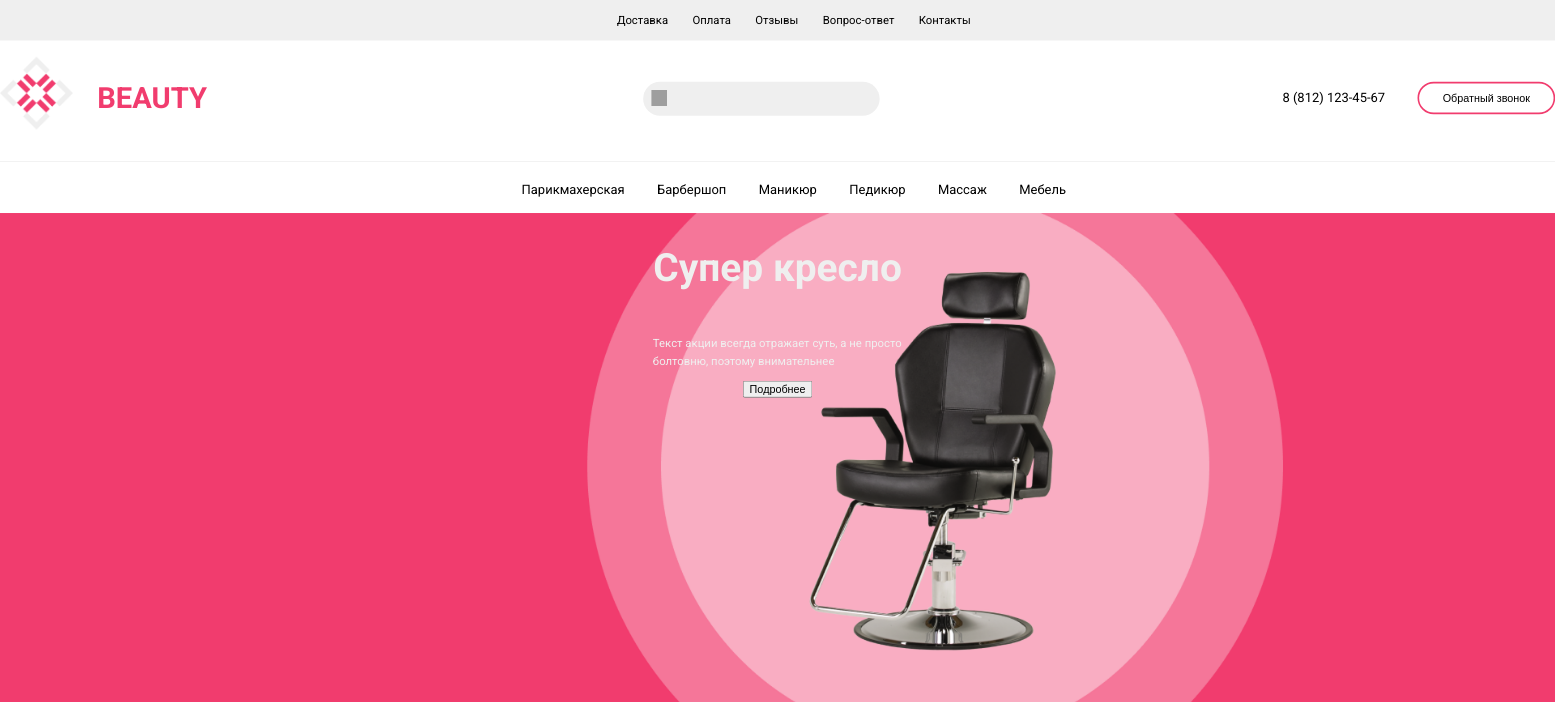
Repository: savannaaaas/verstka
Page: index.html
These files come from the project's save history. The page is drawn as it stood at one moment and after a run of saves; the edit follows.
The browser window is 1280 px wide. The page is 1920 px wide, so the pictures cover 1920 px, including what lies to the right of the window. The pictures show the whole page, at 81% of full size.
Pictures or frames that could not be fetched are drawn as grey boxes. Some web fonts or font styles are not loaded; a fallback is used.

Above is the page before, as saved 2025-04-16 00:38:58.

### index.html
<!DOCTYPE html>
<html lang="en">
<head>
    <meta charset="UTF-8">
    <meta name="viewport" content="width=device-width, initial-scale=1.0">
    <title>Figma</title>
    <link rel="preconnect" href="https://fonts.googleapis.com">
    <link rel="preconnect" href="https://fonts.gstatic.com" crossorigin>
    <link href="https://fonts.googleapis.com/css2?family=Istok+Web:ital,wght@0,400;0,700;1,400;1,700&family=Italiana&family=Jura:wght@300..700&family=Roboto:ital,wght@0,100..900;1,100..900&display=swap" rel="stylesheet">
    <link rel="stylesheet" href="style.css">
</head>
<body>
    <div class="content">
        <div class="top-line">
            <ul>
                <li>Доставка</li>
                <li>Оплата</li>
                <li>Отзывы</li>
                <li>Вопрос-ответ</li>
                <li>Контакты</li>
            </ul>
        </div>
        <div class="second-line">
            <div class="second-line-content">
                <div class="logo">
                    <img alt="logo" src="logo.png">
                    <h1>BEAUTY</h1>
                </div>
            <div class="search">
                <input class="search">
                <img alt="search" src="search.png">
            </div>
            <div class="contact">
                <p>8 (812) 123-45-67</p>
                <button>Обратный звонок</button>
            </div>
        </div>
            <hr class="line">
            <div class="service">
                <ul>
                    <li>Парикмахерская</li>
                    <li>Барбершоп</li>
                    <li>Маникюр</li>
                    <li>Педикюр</li>
                    <li>Массаж</li>
                    <li>Мебель</li>
                </ul>
            </div>
        </div>
        <div class="sale">
            <img alt="armchair" src="armchair.png">
            <div class="text-armchair">
                <h1>Супер кресло</h1>
                <p>Текст акции всегда отражает суть, а не просто болтовню, поэтому внимательнее</p>
                <button>Подробнее</button>
            </div>
        </div>

    </div>
</body>
</html>

### style.css
body {
    min-height: 100vh;
    width: 1920px;
    scroll-behavior: smooth;
    text-rendering: optimizeSpeed;
    line-height: 1.5;
    margin: 0;
    padding: 0;
    font-family: "Roboto", sans-serif;
    font-weight: 400;
    font-style: normal;
    font-size: 14px;

  }
  .top-line{
    display: flex;
    background-color: #EFEFEF;
    height: 50px;
    align-items: center;
    justify-content: center;

  }
   .top-line ul{
    display: flex;
    list-style: none;
    flex-wrap: nowrap;
    gap: 30px;
   }
   .second-line{
    display: flex;
    margin: 0 auto;
    align-items: center;
    flex-direction: column;

   }
   .second-line-content{
    width: 100%;
    height: 100%;
    display: flex;
    margin: 0 auto;
    align-items: center;
  justify-content: space-between;
  padding: 20px 0;
   }

.logo{
    display: flex;
    flex-wrap: nowrap;
    gap: 30px;
   }
.logo img{
    width: 90px;
    height: 90px;
}
 .logo h1{
    font-size: 36px;
    color: #F13C6E;
   }

   .search {
    position: relative;
    width: 250px;
    height: 40px;
  }

  .search input {
    border-radius: 40px;
    width: 100%;
    height: 100%;
    border: none;
    background-color: #EFEFEF;
    padding-left: 40px;
  }

  .search img {
    position: absolute;
    left: 10px;
    top: 50%;
    transform: translateY(-50%);
    width: 20px;
    height: 20px;
    pointer-events: none;
  }
  .contact{
    display: flex;
    gap: 40px;
    align-items: center;

  }
  .contact p{
    font-size: 16px;
  }
  .contact button{
    width: 170px;
    height: 40px;
    border: 2px solid #F13C6E;
    border-radius: 40px;
    background: transparent;
  }
hr{
    width: 100%;
    border: none;
    border-top: 1px solid #EFEFEF;
}
.service ul{
    display: flex;
    list-style: none;
    flex-wrap: nowrap;
    gap: 40px;
    font-size: 16px;
   }
   .sale{
    display: flex;
    align-items: center;
    position: relative;
    flex-direction: column;

   }
   .text-armchair{
    position: absolute;
    display: flex;
    align-items: center;
    flex-direction: column;
    width: 308px;
    margin: 0;

   }
   .text-armchair h1{
    font-size: 48px;
    color: #EFEFEF;
   }
   .text-armchair p{
    font-size: 14px;
    color: #EFEFEF;
   }

After the next 2 saves:
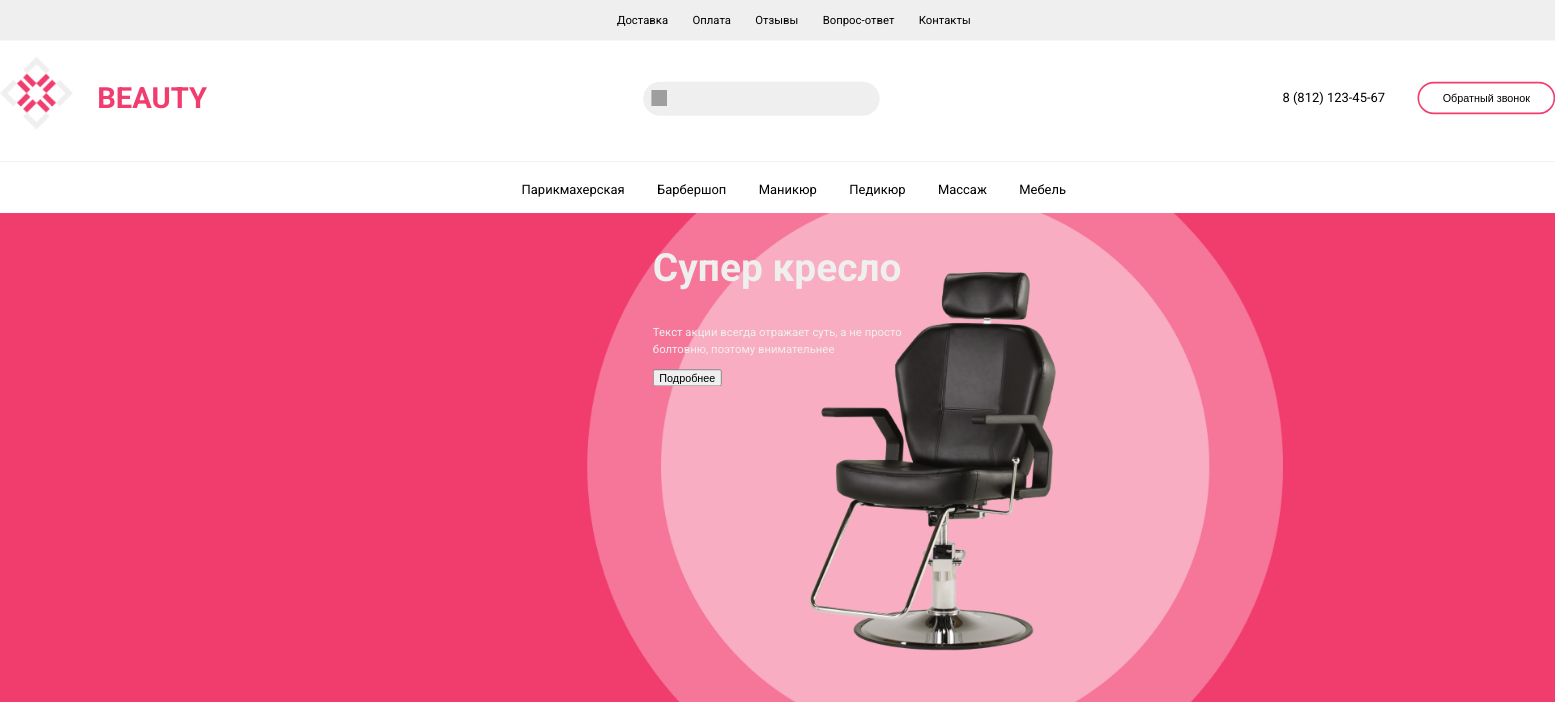
The 2 saves are shown as one change because they came seconds apart.
The last was saved 48 s later.
--- a/style.css
+++ b/style.css
@@ -118,11 +118,8 @@
    }
    .text-armchair{
     position: absolute;
-    display: flex;
-    align-items: center;
-    flex-direction: column;
     width: 308px;
-    margin: 0;
+
 
    }
    .text-armchair h1{
